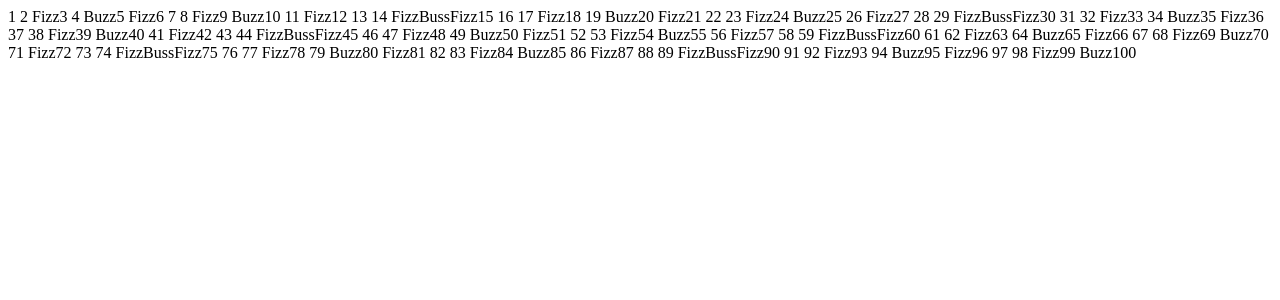
Repository: kaho2580/test
Page: http://localhost/FizzBuzz.php
The author's editor kept a record of every edit. The page is drawn from the files as they stood at one moment, then again after the next edit.
The browser window is 1280 px wide. The pictures show the whole page.
The page is run by PHP 8.4 with error messages shown; the project is at /var/www/html/.

Above is the page before.

### FizzBuzz.php
<?php

for($i=1;$i<=100;$i++){
    if($i%15===0){
        echo "FizzBuss";
    }
    if($i%3==0){
        echo "Fizz";
    }elseif($i%5===0){
        echo "Buzz";
    }
    echo $i;
    echo PHP_EOL;
}

After the next edit:
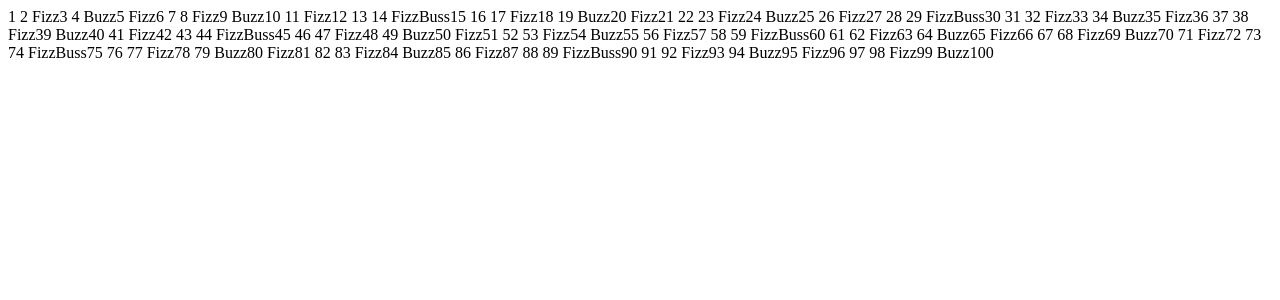
The edit:
--- a/FizzBuzz.php
+++ b/FizzBuzz.php
@@ -4,7 +4,7 @@
     if($i%15===0){
         echo "FizzBuss";
     }
-    if($i%3==0){
+    elseif($i%3==0){
         echo "Fizz";
     }elseif($i%5===0){
         echo "Buzz";
